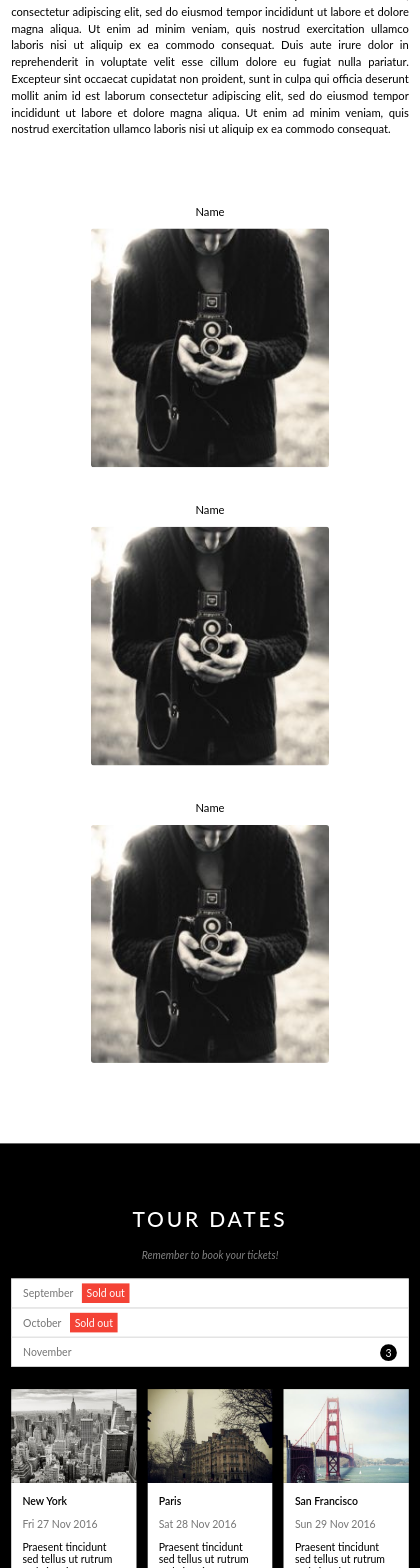
Repository: tatvanhco/web-dau-tay
Page: index.html
The author's editor kept a copy of each file at every save. The page is drawn from the files as they stood at one save, then again after the next save.
The browser window is 600 px wide. The pictures show the part of the page from y = 558 to 2798 px (the page is 4016 px tall before and 3968 px after), at 70% of full size.

Above is the page before, as saved 2022-01-24 22:02:53.

### index.html
<!DOCTYPE html>
<html lang="en">
<head>
    <meta charset="UTF-8">
    <!-- <meta http-equiv="X-UA-Compatible" content="IE=edge"> -->
    <meta name="viewport" content="width=device-width, initial-scale=1.0">
    <title>the band</title>
    <link rel="shortcut icon" href="./assets/img/band/logo.png" type="image/x-icon">
    <link rel="stylesheet" href="./assets/fronts/themify-icons/themify-icons.css">
    <link rel="stylesheet" href="./assets/css/style.css">
    <link rel="stylesheet" href="./assets/css/responsive.css">
</head>
<body>
    <div id="main">
        <div id="header">
            <ul id="nav">
                <li><a href="#">home</a></li>
                <li><a href="#band">band</a></li>
                <li><a href="#tour">tour</a></li>
                <li><a href="#contact">contact</a></li>
                <li>
                    <a href="#">more
                        <i class="drop-down ti-angle-down"></i>
                    </a>
                    <div class="subnav">
                        <ul>
                            <li><a href="#">Merchandise</a></li>
                            <li><a href="#">Extras</a></li>
                            <li><a href="#">Media</a></li>
                        </ul>
                    </div>
                </li>
            </ul>
            <div class="search-btn">
                <i class="search-icon ti-search"></i>
            </div>

            <div id="mobile-menu" class="menu-mobile">
                <i class="menu-icon ti-menu"></i>
            </div>
        </div>
        <div id="slide">
            <div class="text-content">
                <h2 class="text-heading">Chicago</h2>
                <div class="text-desc">Thank you, Chicago - A night we won't forget.</div>
            </div>
        </div>
        <div id="content">
            <div id="band" class="content-section">
                <h2 class="section-heading">THE BAND</h2>
                <p class="section-sub-heading">We love music</p>
                <p class="about">
                    We have created a fictional band website. Lorem ipsum dolor sit amet, consectetur adipiscing elit, sed do eiusmod tempor incididunt ut labore et dolore magna aliqua. Ut enim ad minim veniam, quis nostrud exercitation ullamco laboris nisi ut aliquip ex ea commodo consequat. Duis aute irure dolor in reprehenderit in voluptate velit esse cillum dolore eu fugiat nulla pariatur. Excepteur sint occaecat cupidatat non proident, sunt in culpa qui officia deserunt mollit anim id est laborum consectetur adipiscing elit, sed do eiusmod tempor incididunt ut labore et dolore magna aliqua. Ut enim ad minim veniam, quis nostrud exercitation ullamco laboris nisi ut aliquip ex ea commodo consequat.
                </p>
                <div class="row team">
                    <div class="team-item col col-3 text-center">
                        <p class="team-name">Name</p>
                        <img src="./assets/img/band/member.jpg" class="team-img">
                    </div>

                    <div class="team-item col col-3 text-center">
                        <p class="team-name">Name</p>
                        <img src="./assets/img/band/member.jpg" class="team-img">
                    </div>

                    <div class="team-item col col-3 text-center">
                        <p class="team-name">Name</p>
                        <img src="./assets/img/band/member.jpg" class="team-img">
                    </div>
                </div>
            </div>

            <div id="tour" class="tour-section">
                <div class="content-section">
                    <h2 class="text-white section-heading">TOUR DATES</h2>
                    <p class="text-white section-sub-heading">Remember to book your tickets!</p>
                    <ul class="ticket-list">
                        <li>September<span class="soldout">Sold out</span></li>
                        <li>October<span class="soldout">Sold out</span></li>
                        <li>November<span class="quatity">3</span></li>
                    </ul>
                    <div class="row place-list">
                        <div class="col col-3">
                            <img src="./assets/img/places/place1.jpg" class="place-img">
                            <div class="place-body">
                                <h3 class="place-heading">New York</h3>
                                <p class="place-time">Fri 27 Nov 2016</p>
                                <p class="place-desc">Praesent tincidunt sed tellus ut rutrum sed vitae justo.</p>
                                <button class="btn js-buy-ticket">Buy Tickets</button>
                            </div>
                        </div>
                        <div class="col col-3">
                            <img src="./assets/img/places/place2.jpg" class="place-img">
                            <div class="place-body">
                                <h3 class="place-heading">Paris</h3>
                                <p class="place-time">Sat 28 Nov 2016</p>
                                <p class="place-desc">Praesent tincidunt sed tellus ut rutrum sed vitae justo.</p>
                                <button class="btn js-buy-ticket">Buy Tickets</button>
                            </div>
                        </div>
                        <div class="col col-3">
                            <img src="./assets/img/places/place3.jpg" class="place-img">
                            <div class="place-body">
                                <h3 class="place-heading">San Francisco</h3>
                                <p class="place-time">Sun 29 Nov 2016</p>
                                <p class="place-desc">Praesent tincidunt sed tellus ut rutrum sed vitae justo.</p>
                                <button class="btn js-buy-ticket">Buy Tickets</button>
                            </div>
                        </div>
                    </div>
                </div>
            </div>

            <div id="contact" class="content-section">
                <h2 class="section-heading">CONTACT</h2>
                <p class="section-sub-heading">Fan? Drop a note!</p>
                <div class="row contact-content">
                    <div class="col col-2 contact-info">
                        <p><i class="ti-location-pin"></i>Chicago, US</p>
                        <p><i class="ti-mobile"></i>Phone: +00 151515</p>
                        <p><i class="ti-email"></i>Email: mail@mail.com</p>
                    </div>
                    <div class="col col-2 contact-form">
                        <form action="">
                            <div class="row">
                                <div class="col col-2">
                                    <input type="text" placeholder="Name" required class="form-control">
                                </div>
                                <div class="col col-2">
                                    <input type="email" placeholder="Email" required class="form-control">
                                </div>
                            </div>
                            <div class="row mt-8">
                                <div class="col col-full">
                                    <input type="text" placeholder="Message" required class="form-control">
                                </div>
                            </div>
                            <input class="btn pull-right mt-16" type="submit" value="SEND">
                        </form>
                    </div>
                </div>
            </div>

            <div class="map-section">
                <img src="./assets/img/places/map.jpg" alt="map">
            </div>
        </div>

        <div id="footer">
            <div class="end-list">
                <a href=""><i class="ti-facebook"></i></a>
                <a href=""><i class="ti-instagram"></i></a>
                <a href=""><i class="ti-github"></i></a>
                <a href=""><i class="ti-pinterest"></i></a>
                <a href=""><i class="ti-twitter-alt"></i></a>
                <a href=""><i class="ti-linkedin"></i></a>
            </div>
            <p class="copy-right">Powered by <a href="https://www.w3schools.com/w3css/default.asp">W3.css</a></p>
        </div>
    </div>

    <div class="modal js-modal">
        <div class="modal-container js-modal-container">
            <header class="modal-header">
                <i class="ti-bag"></i>
                Tickets
            </header>
            <div class="close-btn js-modal-close">
                <i class="ti-close"></i>
            </div>
            <div class="modal-body">
                <label for="how-many" class="modal-label">
                    <i class="ti-shopping-cart"></i>
                    Tickets, $15 per person
                </label>
                <input type="text" placeholder="How many?" required id="how-many" class="modal-input">

                <label for="enter-email" class="modal-label">
                    <i class="ti-user"></i>
                    Send To
                </label>
                <input type="email" placeholder="Enter email" required id="enter-email" class="modal-input">

                <button class="buy-titkets">
                    Pay <i class="ti-check"></i>
                </button>
            </div>
            <footer class="modal-footer">
                <p class="modal-help">Need <a href="#">help?</a> </p>
            </footer>
        </div>
    </div>

    <script>
        const buyBtns = document.querySelectorAll('.js-buy-ticket')
        const modal = document.querySelector('.js-modal')
        const modalContainer = document.querySelector('.js-modal-container')
        const modalClose = document.querySelector('.js-modal-close')

        // hàm hiển thị modal mua vé (thêm class open vào modal)
        function showBuytickets() {
            modal.classList.add('open')
        }

        // hàm ẩn modal mua vé (xóa class open ra khỏi modal)
        function hidenBuytickets() {
            modal.classList.remove('open')
        }

        // lặp qua từng thẻ button và lắng nghe hành vi click
        for (const buyBtn of buyBtns) {
            buyBtn.addEventListener('click', showBuytickets)
        }

        // nghe hành vi click  vào button close
        modalClose.addEventListener('click', hidenBuytickets)

        modal.addEventListener('click', hidenBuytickets)

        modalContainer.addEventListener('click', function (event) {
            event.stopPropagation()
        })
    </script>

    <script>
        var header = document.getElementById('header');
        var mobileMenu = document.getElementById('mobile-menu');
        var headerHeight = header.clientHeight;

        //  đóng mở menu mobile
        mobileMenu.onclick = function () {
            var isClose = header.clientHeight === headerHeight;
            if (isClose) {
                header.style.height = 'auto';
            }else {
                header.style.height = null;
            }
        }

        // tự động đóng khi chọn menu
        var menuItems = document.querySelectorAll('#nav li a[href*="#"]');

        for (var i = 0; i < menuItems.length; i++) {
           var menuItem = menuItems[i];

           menuItem.onclick = function(event) {
                var isParentMenu = this.nextElementSibling && this.nextElementSibling.classList.contains('subnav');
                if (isParentMenu){
                    event.preventDefault();
                }else {
                    header.style.height = null;
                }
           }
        }
    </script>
</body>
</html>

### assets/css/style.css
/* reset trang */
* {
    margin: 0;
    padding: 0;
    box-sizing: border-box;
}

html {
    scroll-behavior: smooth;
    font-family: "Lato", sans-serif;
}
/* dùng chung */
.clear {
    clear: both;
}

.text-white {
    color: #fff !important;
}

.text-center {
    text-align: center;
}

.pull-right {
    float: right !important;
}

.btn {
    color: #fff;
    background-color: #000;
    text-decoration: none;
    padding: 12px 16px;
    margin-top: 15px;
    display: inline-block;
    border: none;
}

.btn:hover {
    color: #000;
    background-color: #ccc;
    cursor: pointer;
}


.row {
    margin-left: -8px;
    margin-right: -8px;
}

.row::after {
    content: "";
    display: block;
    clear: both;
}

.col {
    float: left;
    padding-left: 8px;
    padding-right: 8px;
}

.col-3 {
    width: 33.33333%;
}

.col-2 {
    width: 50%;
}

.col-full {
    width: 100%;
}

.mt-8 {
    margin-top: 8px !important;
}

.mt-16 {
    margin-top: 16px !important;
}
/* css từng thành phần */
#header {
    width: 100%;
    height: 46px;
    background-color: #000;
    position: fixed;
    top: 0;
    left: 0;
    right: 0;
    z-index: 1;
}

#header .menu-mobile {
    position: absolute;
    top: 0;
    right: 0;
    display: none;
}

#header .menu-mobile,
#header .search-btn {
    float: right;
    padding: 0 22px;
}

#header .search-btn:hover {
    cursor: pointer;
    background-color: #f44336;
}

#header .menu-mobile:hover {
    background-color: #ccc;
}

#header .menu-mobile:hover .menu-icon {
    color: #000;
}

#header .menu-icon,
#header .search-icon {
    color: #fff;
    font-size: 20px;
    line-height: 46px;
}

#nav {
    display: inline-block;
}

#nav > li {
    display: inline-block;
}

#nav li {
    position: relative;
    list-style-type: none;
}

#nav > li > a {
    color: #fff;
    text-transform: uppercase;
}

#nav li a {
    text-decoration: none;
    padding: 0 24px;
    line-height: 46px;
    display: block;

}

#nav li:hover .subnav {
    display: block;
}

#nav .subnav li:hover a,
#nav > li:hover > a {
    background-color: #ccc;
    color: #000;
}

#nav .subnav {
    display: none;
    min-width: 160px;
    position: absolute;
    top: 100%;
    left: 0;
    background-color: #fff;
    box-shadow: 0 0 10px rgba(0, 0, 0, 0.3);
}

#nav .subnav a {
    color: #000;
    padding: 0px 24px;
    line-height: 38px;
}

#slide {
    position: relative;
    margin-top: 46px;
    padding-top: 50%;
    background: url(/assets/img/slider/chicago.jpg) top center / cover no-repeat;
}

#slide .text-content {
    color: #fff;
    position: absolute;
    bottom: 47px;
    /* cách canh giữa
    left: 50%;
    transform: translateX(-50%); */
    width: 100%;
    text-align: center;
}

#slide .text-heading {
    font-weight: 500;
    font-size: 24px;
}

#slide .text-desc {
    font-weight: 600;
    margin-top: 25px;
    font-size: 15px;
}

#content {

}

#content .content-section {
    width: 800px;
    max-width: 100%;
    margin-left: auto;
    margin-right: auto;
    padding: 64px 0 112px;
    padding-left: 16px;
    padding-right: 16px;
}

#content .section-heading,
#content .section-sub-heading {
    text-align: center;
    margin: 25px 0;
}

#content .section-heading {
    font-size: 30px;
    font-weight: 500;
    letter-spacing: 4px;
}

#content .section-sub-heading {
    font-size: 15px;
    opacity: 0.5;
    font-style: italic;
}

#content .about {
    text-align: justify;
    line-height: 1.5;
}

#content .team {
    margin-top: 48px;
}

#content .team-name {
    margin: 15px 0;
}

#content .team-img {
    width: 60%;
    border-radius: 4px;
    text-align: center;
}

.tour-section {
    background-color: #000;
}

.ticket-list {
    background-color: #fff;
}

.ticket-list li {
    color: #757575;
    list-style-type: none;
    font-size: 15px;
    border: 1px solid #ddd;
    padding: 11px 16px;
}

.ticket-list .soldout {
    color: #fff;
    margin-left: 12px;
    padding: 5px 7px;
    background-color: #f44336;
}

.ticket-list .quatity {
    float: right;
    width: 24px;
    height: 24px;
    border-radius: 50%;
    background-color: #000;
    color: #fff;
    text-align: center;
    line-height: 24px;
    margin-top: -2px;
}

.place-list {
    /* margin: 32px 48px; */
    margin-top: 32px;
    /* margin-bottom: 48px; */
}

.place-img {
    width: 100%;
    display: block;
}

.place-img:hover {
    opacity: 0.6;
}

.place-body {
    background-color: #fff;
    padding: 16px;
    font-size: 15px;
}

.place-heading {
    font-size: 15px;
    font-weight: 600;
}

.place-time {
    color: #757575;
    margin-top: 15px;
}

.place-desc {
    margin-top: 15px;
}

/* contact-form */
.contact-content {
    margin-top: 48px;

}

.contact-info {
    font-size: 18px;
    line-height: 1.5;
}

.contact-info i[class*="ti-"] {
    width: 30px;
    display: inline-block;
}

.contact-form {
    font-size: 15px;
}

.contact-form .form-control {
    padding: 10px;
    border: 1px solid #ccc;
    width: 100%;
}

.map-section img {
    width: 100%;
    filter: grayscale(50%);
}

#footer {
    padding: 64px 16px;
    text-align: center;
}

#footer .end-list {
    font-size: 24px;
}

#footer .end-list a {
    text-decoration: none;
    color: rgba(0, 0, 0, 0.6);
}

#footer .end-list a:hover {
    color: rgba(0, 0, 0, 0.8);
}

#footer .copy-right {
    font-size: 15px;
    margin: 20px;
    color: rgba(0, 0, 0, 0.6);
}

#footer .copy-right a {
    color: rgba(0, 0, 0, 0.6);
}

.modal {
    position: fixed;
    top: 0;
    bottom: 0;
    left: 0;
    right: 0;
    background-color: rgba(0, 0, 0, 0.4);
    align-items: center;
    justify-content: center;
    display: none;
}

.modal.open {
    display: flex;
}

header.modal-header {
    color: #fff;
    background-color: #009688;
    height: 130px;
    text-align: center;
    line-height: 130px;
    font-size: 30px;
    letter-spacing: 4px;
}

.modal-container {
    position: relative;
    background-color: #fff;
    width: 900px;
    min-height: 200px;
    max-width: calc(100% - 32px);
    animation: modalFadeIn ease 0.3s;
}

.close-btn {
    position: absolute;
    top: 0;
    right: 0;
    font-size: 20px;
    padding: 12px;
    cursor: pointer;
}

.close-btn:hover {
    background-color: #ccc;
    color: #000;
}

.modal-body {
    padding: 16px;
}

label.modal-label {
    display: block;
    font-size: 15px;
    margin-bottom: 12px;
}

input.modal-input {
    width: 100%;
    padding: 8px;
    border: 1px solid #ccc;
    margin-bottom: 24px;
}

button.buy-titkets {
    width: 100%;
    padding: 16px;
    background-color: #009688;
    border: none;
    font-size: 15px;
    font-weight: 00;
    color: #fff;
    cursor: pointer;
    text-transform: uppercase;
}

button.buy-titkets:hover {
    background-color: #ccc;
    color: #000;
}

p.modal-help {
    text-align: right;
    padding: 16px;
    font-size: 15px;
}

.modal-help a {
    color: #2196F3;
}

@keyframes modalFadeIn {
    from {
        transform: translateY(-140px);
    }
    to {
        transform: translateY(0);
    }
}

### assets/css/responsive.css
/*  giao diện PC */
@media (max-width: 1024px) {

}

/* giao diện tablet */
@media (min-width: 720px) and (max-width: 1024px) {

}

/* giao diện mobile */
@media (max-width: 723px) {
    #nav {
        display: block;
    }

    #nav li a {
        padding: 1px 24px;
    }

    #nav > li {
        display: block;
    }

    #nav .subnav {
        position: initial;
        background-color: #333;
    }

    #nav .subnav a {
        color: #fff;
        padding: 5px 35px;
    }

    #nav > li:first-child {
        display: inline-block;
    }

    #header {
        overflow: hidden;
    }

    #header .menu-mobile {
        display: block;
    }

    #header .search-btn {
        display: none;
    }

    #content .team-item {
        margin-top: 33px;
        width: 100%;
    }

    #content .team-img {
        width: 60%;
    }
}

Loaded but not shown: assets/fronts/themify-icons/themify-icons.css (common file)

After the next save:
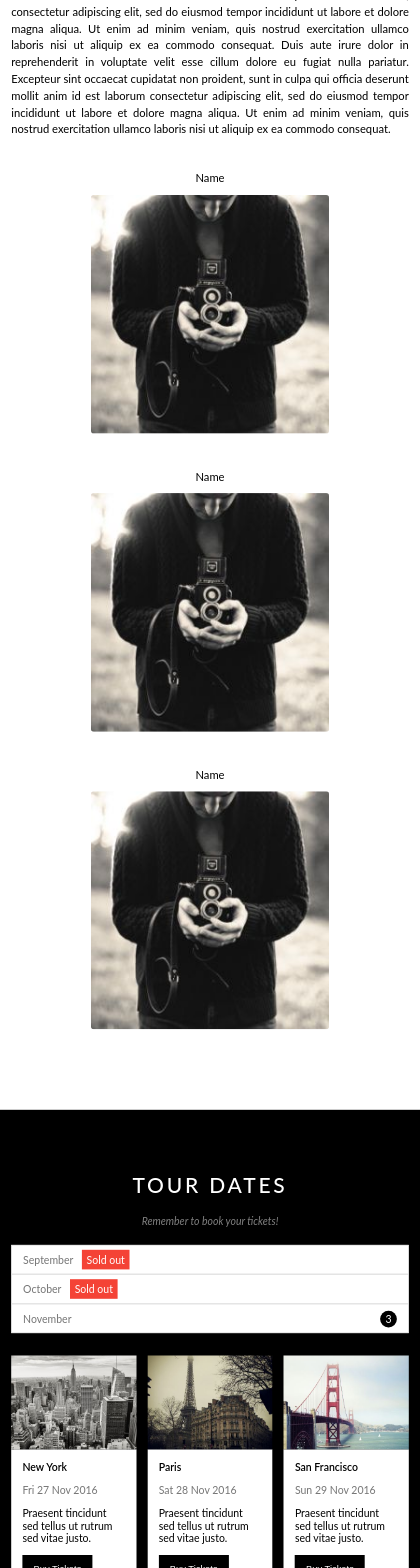
Saved 117 s later.
--- a/assets/css/responsive.css
+++ b/assets/css/responsive.css
@@ -53,6 +53,10 @@
         width: 100%;
     }
 
+    #content .team {
+        margin-top: 0;
+    }
+
     #content .team-img {
         width: 60%;
     }
